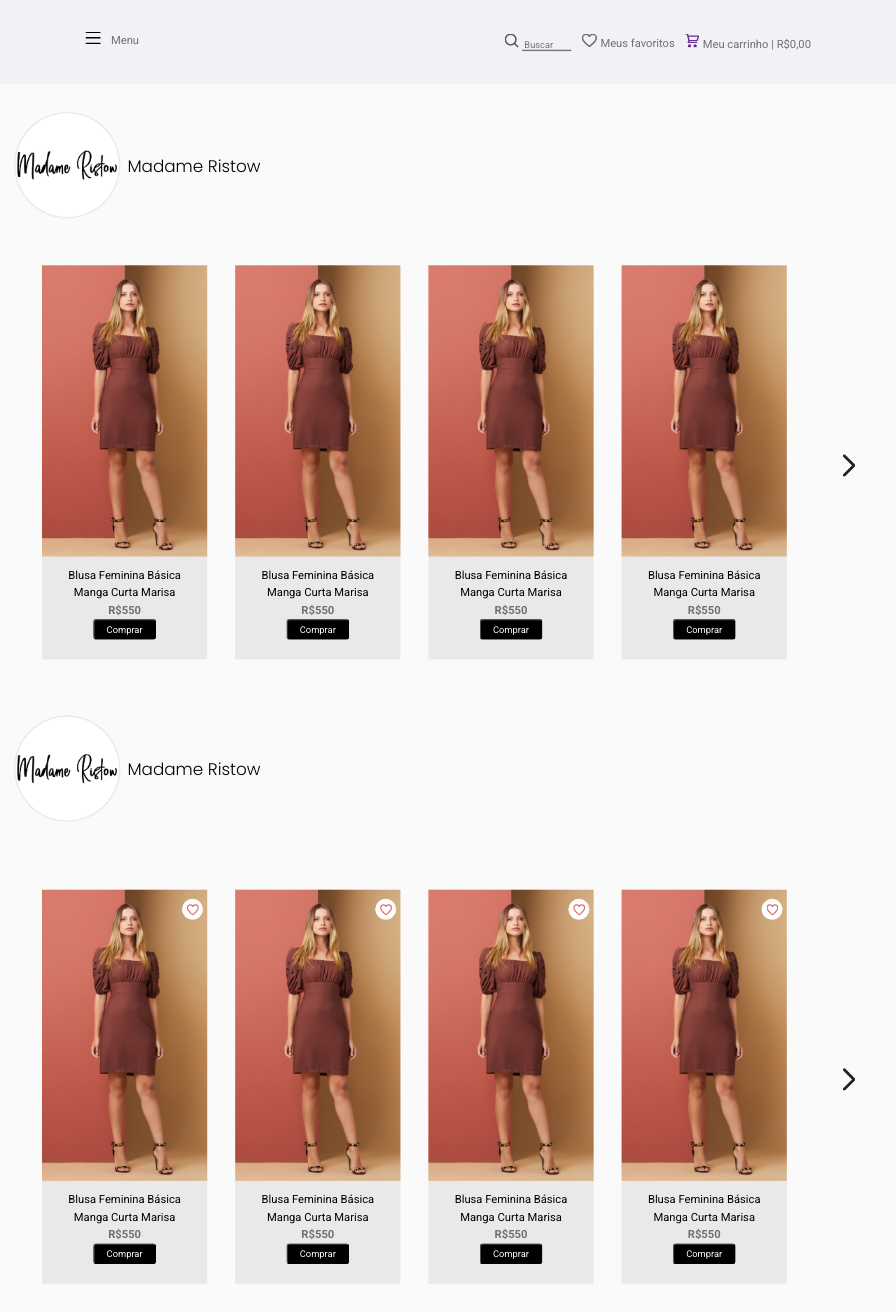
Repository: gutobarbosa/FrontEndLojaVirtual
Page: /
The author's editor kept a copy of each file at every save. The page is drawn from the files as they stood at one save, then again after the next save.
The browser window is 1280 px wide. The pictures show the whole page, at 70% of full size.
The project was rebuilt for these pictures with package versions that can differ from the ones it lists, and the page was loaded fresh each time. Also part of the build but not shown: src/pages/Repository/styles.ts, src/services/api.ts, src/pages/Repository/index.tsx.

Above is the page before, as saved 2020-11-22 00:13:35.

After the next save:
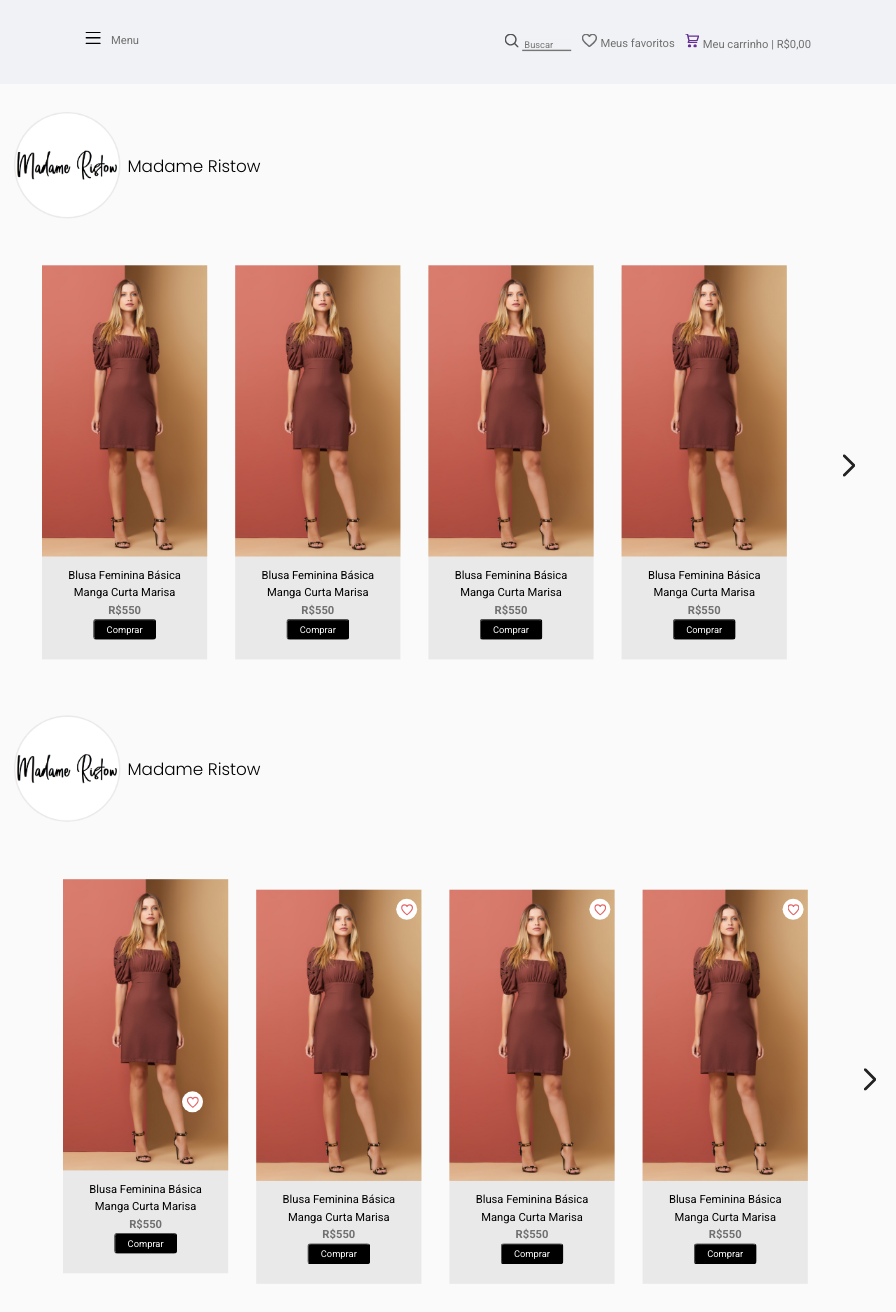
Saved 67 s later.
--- a/src/pages/Dashboard/index.tsx
+++ b/src/pages/Dashboard/index.tsx
@@ -82,7 +82,7 @@
     <h3>Madame Ristow</h3>
     </Container>
     <ContainerProducts>
-        <div className="containerBox">
+
             <div className="heart">
                 <img src={iconheart} alt="Product" />
             </div>
@@ -98,7 +98,7 @@
                     </div>
                 </div>
             </div>
-        </div>
+
         <div className="containerBox">
             <div className="heart">
                 <img src={iconheart} alt="Product" />

After the save that followed:
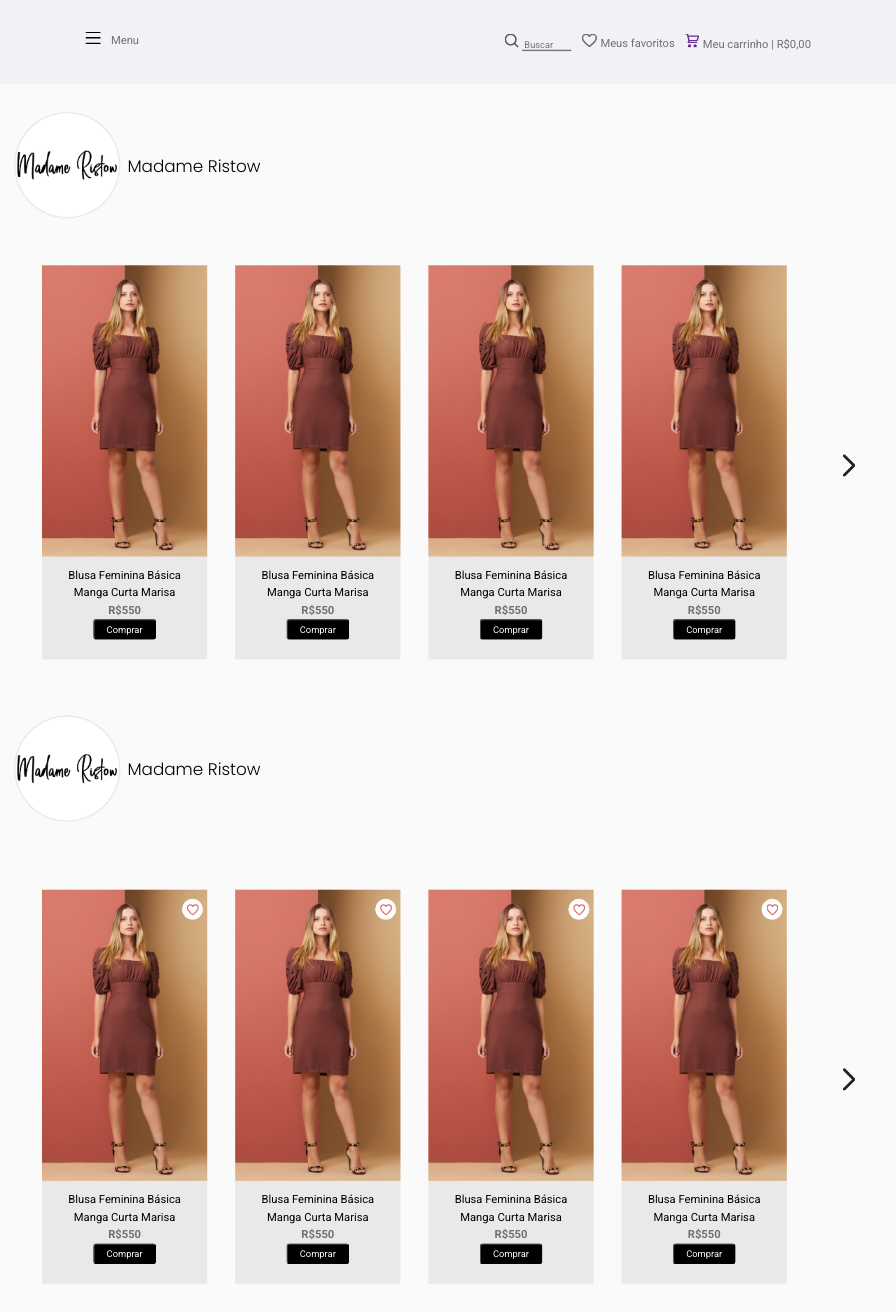
Saved 10 s later.
--- a/src/pages/Dashboard/index.tsx
+++ b/src/pages/Dashboard/index.tsx
@@ -82,7 +82,7 @@
     <h3>Madame Ristow</h3>
     </Container>
     <ContainerProducts>
-
+        <div className="containerBox">
             <div className="heart">
                 <img src={iconheart} alt="Product" />
             </div>
@@ -98,7 +98,7 @@
                     </div>
                 </div>
             </div>
-
+        </div>
         <div className="containerBox">
             <div className="heart">
                 <img src={iconheart} alt="Product" />
